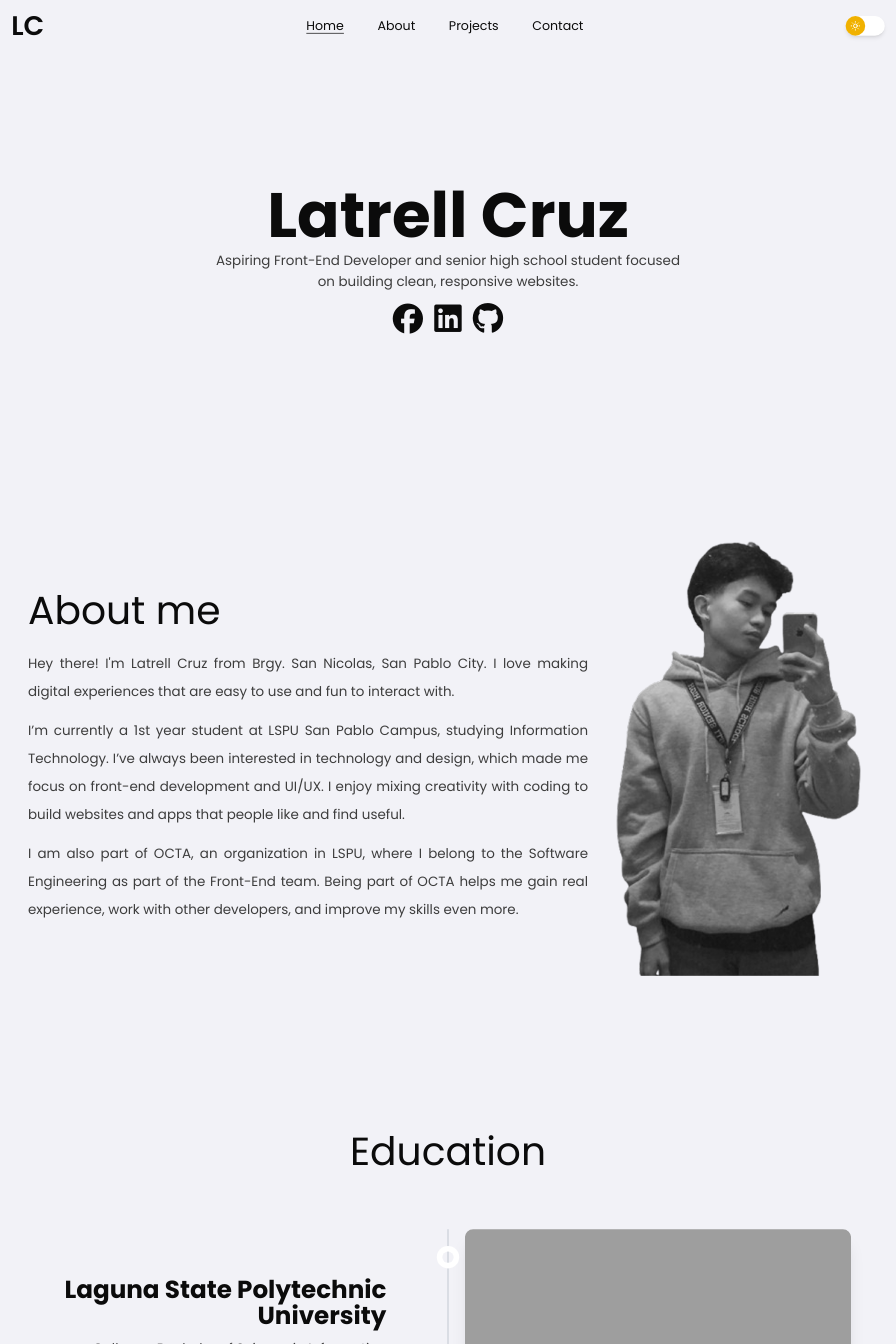
Repository: Latrell26/Portfolio-schoolProject
Page: /
These files come from the project's save history. The page is drawn as it stood at one moment and after a run of saves; the edit follows.
The browser window is 1280 px wide. The pictures show the part of the page from y = 0 to 1920 px (the page is 6276 px tall), at 70% of full size.
Pictures or frames that could not be fetched are drawn as grey boxes. The project was rebuilt for these pictures with package versions that can differ from the ones it lists, and the page was loaded fresh each time. Also part of the build but not shown: svelte.config.js, vite.config.js.

Above is the page before, as saved 2026-01-02 22:10:19.

### index.html
<!doctype html>
<html lang="en">
  <head>
    <meta charset="UTF-8" />
    <link rel="icon" type="image/svg+xml" href="/vite.svg" />
    <meta name="viewport" content="width=device-width, initial-scale=1.0" />
    <title>my-portfolio</title>
    <link rel="preconnect" href="https://fonts.googleapis.com">
<link rel="preconnect" href="https://fonts.gstatic.com" crossorigin>
<link href="https://fonts.googleapis.com/css2?family=Poppins:ital,wght@0,100;0,200;0,300;0,400;0,500;0,600;0,700;0,800;0,900;1,100;1,200;1,300;1,400;1,500;1,600;1,700;1,800;1,900&display=swap" rel="stylesheet">
 <link
    rel="stylesheet"
    href="https://cdnjs.cloudflare.com/ajax/libs/font-awesome/6.5.0/css/all.min.css"
  />
  </head>
  <body>
    <div id="app"></div>
    <script type="module" src="/src/main.js"></script>
  </body>
</html>

### src/app.css
@import "tailwindcss";

@theme {
  --color-dark: var(--dark);
  --color-medyolight: var(--medyolight);
  --color-light: var(--light);
}

:root {
  font-family: poppins;
  line-height: 1.5;
  font-weight: 400;
  color-scheme: light dark;
  color: #0B0B0B;
  background-color: #F2F2F7;
  font-synthesis: none;
  text-rendering: optimizeLegibility;
  -webkit-font-smoothing: antialiased;
  -moz-osx-font-smoothing: grayscale;
  --dark: #0B0B0B;
  --light: #F2F2F7;
  --medyolight: #3D3D3D;
  --light_bg: #F2F2F7;

  --tooltip-bg: var(--dark);
  --tooltip-text: var(--light);
  --tooltip-border: var(--dark);
}

.dark-mode {
  --dark: #0B0B0B;
  --medyolight: #E0E0E0;
  --light: #F2F2F7;
  --light_bg: #0B0B0B;
}

.dark-mode {
  background-color: var(--dark);
  color: var(--light);
  border-top-color: var(--light);
}

html{
  scroll-behavior: smooth;
  transition: color 0.3s ease;

}
h1 {
  font-size: clamp(4rem, 7vw, 8rem);
  font-weight: 700;
  line-height: 1.1;
}
h2 {
  font-size: clamp(2rem, 6vw, 3.5rem);
  line-height: 1.1;
}
h3 {
  font-size: clamp(2rem, 6vw, 2.2rem);
  line-height: 1.1;
}
h4 {
  font-size: clamp(1rem, 6vw, 2rem);
  line-height: 1.1;
}
h5{
  font-size: clamp(2rem, 3vw, 2.5rem);
}
p{
  font-size: clamp(1rem, 6vw, 1.2rem);
  color: var(--medyolight);
}

span{
  color: var(--light);
}

.border-light {
  border-color: transparent;
}
.border-t-light {
  border-top-color: var(--dark);
}

@keyframes slide {
    from {
      transform: translateX(-100%);
    }
    to {
      transform: translateX(0);
    }
  }

### src/App.svelte
<script>
  import svelteLogo from "./assets/svelte.svg";
  import viteLogo from "/vite.svg";
  import NavBar from "./lib/navBar.svelte";
  import Footer from "./lib/footer.svelte";
  import * as img from "./imagedata.js";
  import { projects } from "./lib/arrayObjectsData.js";
  import { education } from "./lib/arrayObjectsData.js";
  import ProjectCard from "./lib/components-cards.svelte";
  import TimelineItem from "./lib/TimeLineItem.svelte";
  const icons = [
    { src: img.csharplogo, name: "C#" },
    { src: img.csslogo, name: "CSS" },
    { src: img.htmllogo, name: "HTML" },
    { src: img.javalogo, name: "Java" },
    { src: img.jslogo, name: "JavaScript" },
    { src: img.pythonlogo, name: "Python" },
    { src: img.sveltelogo, name: "Svelte" },
    { src: img.tailwindlogo, name: "Tailwind CSS" },
    { src: img.figmalogo, name: "Figma" },
    { src: img.supabaselogo, name: "Supabase" },
    { src: img.firebaselogo, name: "Firebase" },
    { src: img.github, name: "GitHub" },
    { src: img.gitlogo, name: "Git" },
  ];
</script>

<main class="max-w-330 mx-auto pt-2 px-4 lg:px-10 duration-300">
  <NavBar />
  <section
    class="h-screen flex flex-col justify-center items-center text-center"
    id="home"
  >
    <div>
      <h1 class="font-bold">Latrell Cruz</h1>
      <p class=" text-lg max-w-2xl">
        Aspiring Front-End Developer and senior high school student focused on
        building clean, responsive websites.
      </p>
    </div>

    <div class="flex flex-row gap-4 mt-4 justify-center items-center">
      <a href="https://www.facebook.com/share/1Da6x7yam2/">
        <i class="fa-brands fa-facebook text-[2.7rem] hover:text-[#1877F2] duration-300"></i>
      </a>
      <a href="https://www.linkedin.com/in/latrell-cruz-a11975387/">
        <i class="fa-brands fa-linkedin text-[2.8rem] hover:text-[#0A66C2] duration-300"></i>
      </a>
      <a href="https://github.com/Latrell26">
        <i class="fa-brands fa-github text-[2.8rem] duration-300"></i>
      </a>
    </div>
  </section>

  <section class="mb-35 pt-10" id="about">
    <div class="flex flex-wrap justify-between items-center">
      <div class="flex flex-col">
        <h2 class="mb-6">About me</h2>
        <div class="max-w-[50rem] leading-10 flex-1 text-justify">
          <p>
            Hey there! I'm Latrell Cruz from Brgy. San Nicolas, San Pablo City.
            I love making digital experiences that are easy to use and fun to
            interact with.
          </p>
          <p class="mt-4">
            I’m currently a 1st year student at LSPU San Pablo Campus, studying
            Information Technology. I’ve always been interested in technology
            and design, which made me focus on front-end development and UI/UX.
            I enjoy mixing creativity with coding to build websites and apps
            that people like and find useful.
          </p>
          <p class="mt-4">
            I am also part of OCTA, an organization in LSPU, where I belong to
            the Software Engineering as part of the Front-End team.
            Being part of OCTA helps me gain real experience, work with other
            developers, and improve my skills even more.
          </p>
        </div>
      </div>
      <img src={img.me} alt="me" class="hidden xl:block w-auto h-auto" />
    </div>
  </section>
  <section id="education" class="py-20 px-6">
  <div class="max-w-6xl mx-auto">
    <h2 class="text-center mb-20">Education</h2>

    <div class="relative">
      <div class="absolute left-1/2 transform -translate-x-1/2 w-0.5 bg-gray-300 dark:bg-gray-700 h-full hidden lg:block"></div>

      <div class="space-y-0">
        {#each education as edu, i}
          <TimelineItem
            school={edu.school}
            level={edu.level}
            year={edu.year}
            imageSrc={edu.imageSrc}
            imageAlt={edu.imageAlt}
            isLeft={i % 2 === 0}
          />
        {/each}
      </div>
    </div>
  </div>
</section>
  <section class="mb-5">
    <h3 class="flex justify-center items-center">Tech I Use</h3>
    <div class="relative overflow-hidden py-4 pt-12">
      <div
        class="pointer-events-none absolute inset-0 z-10
          bg-[linear-gradient(to_right,var(--light_bg)_0%,transparent_20%,transparent_80%,var(--light_bg)_100%)]
          "
      ></div>

      <div class="flex animate-[slide_26s_linear_infinite] gap-8 md:gap-16">
  <div class="flex gap-8 md:gap-16 flex-none">
    {#each icons as icon}
      <div class="relative group">
        <img
          src={icon.src}
          alt={icon.name}
          class="flex-none
                 h-12 w-12 sm:h-16 sm:w-16 md:h-24 md:w-24
                 transition-transform duration-300 ease-out
                 group-hover:scale-110 group-hover:-translate-y-2
                 cursor-pointer"
        />

        <span
          class="tooltip absolute bottom-full left-1/2 -translate-x-1/2 mb-3
                 px-3 sm:px-4 py-1 sm:py-2 text-xs sm:text-sm font-medium
                 rounded-lg opacity-0 group-hover:opacity-100
                 pointer-events-none whitespace-nowrap
                 transition-opacity duration-300 ease-out shadow-lg"
        >
          {icon.name}
          <span
            class="absolute top-full left-1/2 -translate-x-1/2
                   border-4 sm:border-8 border-light border-t-light"
          ></span>
        </span>
      </div>
    {/each}
  </div>

  <div class="flex gap-8 md:gap-16 flex-none">
    {#each icons as icon}
      <div class="relative group">
        <img
          src={icon.src}
          alt={icon.name}
          class="flex-none
                 h-12 w-12 sm:h-16 sm:w-16 md:h-24 md:w-24
                 transition-transform duration-300 ease-out
                 group-hover:scale-110 group-hover:-translate-y-2
                 cursor-pointer"
        />

        <span
          class="tooltip absolute bottom-full left-1/2 -translate-x-1/2 mb-3
                 px-3 sm:px-4 py-1 sm:py-2 text-xs sm:text-sm font-medium
                 rounded-lg opacity-0 group-hover:opacity-100
                 pointer-events-none whitespace-nowrap
                 transition-opacity duration-300 ease-out shadow-lg"
        >
          {icon.name}
          <span
            class="absolute top-full left-1/2 -translate-x-1/2
                   border-4 sm:border-8 border-light border-t-light"
          ></span>
        </span>
      </div>
    {/each}
  </div>
</div>

      </div>
  </section>

  <section class="mb-70 pt-20" id="projects">
    <h2 class="text-center mb-8">What I Build</h2>
    <div class="flex flex-wrap justify-center">
      <div class="grid grid-cols-1 lg:grid-cols-2 gap-16">
        {#each projects as project}
          <ProjectCard
            image={project.image}
            title={project.title}
            text={project.text}
            logo={project.logo || []}
            url={project.url}
          />
        {/each}
      </div>
    </div>
  </section>
  <section id="contact" class="pt-20">
    <Footer />
  </section>
</main>

<style>
  .tooltip {
    background-color: #0b0b0b;
    color: #f2f2f7;
    border-color: #0b0b0b;
  }

  .tooltip span {
    border-top-color: #0b0b0b;
  }

  :global(.dark-mode) .tooltip {
    background-color: #f2f2f7;
    color: #0b0b0b;
    border-color: #f2f2f7;
  }

  :global(.dark-mode) .tooltip span {
    border-top-color: #f2f2f7;
  }
</style>

### src/lib/navBar.svelte
<script>
  import { onMount } from "svelte";

  let isDark = false;
  let currentIcon;
  let menuOpen = false;
  let scrolled = false;
  let activeSection = "home";

  let prevScrollY = 0;
  let navbarVisible = true;
  let forceHide = false;

  const sunIcon = `
    <svg xmlns="http://www.w3.org/2000/svg" viewBox="0 0 24 24"
         fill="none" stroke="currentColor" class="w-4 h-4">
      <path stroke-linecap="round" stroke-linejoin="round" stroke-width="2"
            d="M12 3v1m0 16v1m9-9h-1M4 12H3
               m15.364 6.364l-.707-.707
               M6.343 6.343l-.707-.707
               m12.728 0l-.707.707
               M6.343 17.657l-.707.707
               M16 12a4 4 0 11-8 0 4 4 0 018 0z"/>
    </svg>
  `;

  const moonIcon = `
    <svg xmlns="http://www.w3.org/2000/svg" viewBox="0 0 24 24"
         fill="none" stroke="currentColor" class="w-4 h-4">
      <path stroke-linecap="round" stroke-linejoin="round" stroke-width="2"
            d="M20.354 15.354A9 9 0 018.646 3.646
               9.003 9.003 0 0012 21
               a9.003 9.003 0 008.354-5.646z"/>
    </svg>
  `;

  function applyDarkMode(value) {
    document.documentElement.classList.toggle("dark-mode", value);
    localStorage.setItem("darkMode", value);
    currentIcon = value ? moonIcon : sunIcon;
  }

  function toggleDarkMode() {
    isDark = !isDark;
    applyDarkMode(isDark);
  }

  function hideNavbarAfterClick() {
    forceHide = true;
    navbarVisible = false;
    setTimeout(() => forceHide = false, 1200);
  }

  onMount(() => {
    const saved = localStorage.getItem("darkMode");
    isDark = saved !== null
      ? saved === "true"
      : window.matchMedia("(prefers-color-scheme: dark)").matches;
    applyDarkMode(isDark);

    const handleScroll = () => {
      if (forceHide) return;

      const currentScrollY = window.scrollY;
      scrolled = currentScrollY > 50;

      if (currentScrollY > prevScrollY && currentScrollY > 100) {
        navbarVisible = false;
      } else if (currentScrollY < prevScrollY) {
        navbarVisible = true;
      }

      if (currentScrollY <= 10) navbarVisible = true;
      prevScrollY = currentScrollY;
    };

    window.addEventListener("scroll", handleScroll);

    const sections = document.querySelectorAll("section[id]");
    const observer = new IntersectionObserver(
      entries => {
        entries.forEach(entry => {
          if (entry.isIntersecting) activeSection = entry.target.id;
        });
      },
      { threshold: 0.5 }
    );
    sections.forEach(sec => observer.observe(sec));

    return () => {
      window.removeEventListener("scroll", handleScroll);
      observer.disconnect();
    };
  });
</script>

<nav
  class={`fixed top-0 left-0 right-0 z-50 py-2 transition-all duration-300 ease-out
  bg-transparent ${scrolled ? "bg-white/10 border-b border-white/20 backdrop-blur-xl shadow-md" : "border-b border-transparent"}
  ${navbarVisible ? "translate-y-0" : "-translate-y-full"}`}
>
  <div class="flex justify-between items-center max-w-7xl mx-auto px-4">
    <h5 class="font-semibold">LC</h5>

    <ul class="hidden md:flex gap-12 text-lg">
      {#each ["home","about","projects","contact"] as item}
        <li class="hover:underline underline-offset-4">
          <a href={`#${item}`} on:click={hideNavbarAfterClick}
             class={activeSection === item ? "underline" : ""}>
            {item[0].toUpperCase() + item.slice(1)}
          </a>
        </li>
      {/each}
    </ul>

    <button class="md:hidden text-2xl" on:click={() => menuOpen = true}>☰</button>

    <button
      on:click={toggleDarkMode}
      class="hidden md:flex relative w-14 h-7 rounded-full bg-white shadow-md flex items-center cursor-pointer"
    >
      <div class="w-7 h-7 rounded-full transition-all duration-300 flex items-center justify-center text-white
                  {isDark ? 'bg-dark translate-x-7' : 'bg-yellow-500 translate-x-0'}">
        {@html currentIcon}
      </div>
    </button>
  </div>
</nav>

<div
  class={`fixed top-0 right-0 h-full w-64 bg-black/80 backdrop-blur-xl text-white p-6 z-40
    transition-transform duration-300 ${menuOpen ? "translate-x-0" : "translate-x-full"}`}
>
  <button class="text-3xl mb-6" on:click={() => menuOpen = false}>✕</button>

  <button
    on:click={toggleDarkMode}
    class="relative w-14 h-7 rounded-full bg-white shadow-md flex items-center cursor-pointer mb-6"
  >
    <div class="w-7 h-7 rounded-full transition-all duration-300 flex items-center justify-center text-white
                {isDark ? 'bg-dark translate-x-7' : 'bg-yellow-500 translate-x-0'}">
      {@html currentIcon}
    </div>
  </button>

  <ul class="flex flex-col gap-6 text-xl">
    {#each ["home","about","Education","projects","contact"] as item}
      <li>
        <a href={`#${item}`} on:click={() => { menuOpen = false; hideNavbarAfterClick(); }}
           class={activeSection === item ? "underline" : ""}>
          {item[0].toUpperCase() + item.slice(1)}
        </a>
      </li>
    {/each}
  </ul>
</div>

<style>
  .dark-mode {
    --dark: #0B0B0B;
    --light: #F2F2F7;
    background-color: var(--dark);
    color: var(--light);
  }
</style>

### src/lib/footer.svelte
    <script>
    import * as img from "../imagedata.js";
    </script>

    <footer class="" >
    <div class="max-w-7xl mx-auto">

        <div class="max-w-2xl">

        <h2 class="">Let's work together</h2>

        <form class="mt-10 space-y-8">
            <div>
            <p class="">Name</p>
            <input
                type="text"
                required
                placeholder="Yourname"
                class="w-full px-0 py-2 bg-transparent border-b-2
                    focus:outline-none
                    placeholder-medyolight"
            />
            </div>

            <div>
            <p class="">Email</p>
            <input
                type="email"
                required
                placeholder="your.email@example.com"
                class="w-full px-0 py-2 bg-transparent border-b-2
                    focus:outline-none
                    placeholder-medyolight"
            />
            </div>
            <div>
            <p class="">Message</p>
            <textarea
                required
                rows="3"
                placeholder="Say hello..."
                class="w-full px-0 py-2 bg-transparent border-b-2
                    focus:outline-none
                    resize-none placeholder-medyolight"
            ></textarea>
            </div>

            <button
            type="submit"
            class="px-8 py-4 bg-dark rounded-lg text-light cursor-pointer hover:bg-light border-1  hover:text-dark duration-400 ease-out"
            >
            Send message
            </button>
        </form>

        <div class="flex flex-row items-center gap-4 mt-16">
            <a
            href="https://www.facebook.com/share/1Da6x7yam2/"
            >
            <i class="fa-brands fa-facebook text-[2.2rem] hover:text-[#1877F2] duration-300"></i>

            </a>
            <a
            href="https://www.linkedin.com/in/latrell-cruz-a11975387/"
            >
            <i class="fa-brands fa-linkedin text-[2.3rem] hover:text-[#0A66C2] duration-300"></i>

            </a>
            <a
            href="https://github.com/Latrell26"
            >
            <i class="fa-brands fa-github text-[2.3rem] duration-300"></i>
            </a>
        </div>


        <div class="mt-16 mb-8">
            <h6 class="text-sm text-medyolight">© 2025 Latrell Cruz. All rights reserved.</h6>
        </div>

        </div>
    </div>
    </footer>

### src/imagedata.js
import facebook from "./assets/imgs/facebook.svg";
import github from "./assets/imgs/github.svg";
import linkedin from "./assets/imgs/linkedin.svg";
import me from "./assets/imgs/me.png";
import csharplogo from "./assets/imgs/csharplogo.png";
import csslogo from "./assets/imgs/csslogo.png";
import htmllogo from "./assets/imgs/htmllogo.png";
import javalogo from "./assets/imgs/javalogo.png";
import jslogo from "./assets/imgs/jslogo.png";
import pythonlogo from "./assets/imgs/pythonlogo.png";
import sveltelogo from "./assets/imgs/sveltelogo.png";
import tailwindlogo from "./assets/imgs/tailwindlogo.png";
import figmalogo from "./assets/imgs/figmalogo.png";
import supabaselogo from "./assets/imgs/supabaselogo.png";
import firebaselogo from "./assets/imgs/firebaselogo.png";
import gitlogo from "./assets/imgs/gitlogo.png";
import insideStyle from "./assets/imgs/insideStyle.png";
import raiohDesign from "./assets/imgs/raiohDesign.png";
import antellDesgin from "./assets/imgs/antellDesgin.png";
import antelldesign from "./assets/imgs/antelldesign.svg";
import raiohdesign from "./assets/imgs/raiohdesign.svg";
import insidestyledesign from "./assets/imgs/insidestyledesign.svg";
import facebookdm from "./assets/imgs/facebookdm.svg";
import linkeindm from "./assets/imgs/linkeindm.svg";

export{
    facebook,
    github,
    linkedin,
    me,
    csharplogo,
    csslogo,
    htmllogo,
    javalogo,
    jslogo,
    pythonlogo,
    sveltelogo,
    tailwindlogo,
    figmalogo,
    supabaselogo,
    firebaselogo,
    gitlogo,
    insideStyle,
    raiohDesign,
    antellDesgin,
    antelldesign,
    raiohdesign,
    insidestyledesign,
    linkeindm,
    facebookdm,
}

### src/lib/components-cards.svelte
<script>
    export let image = "";
    export let title = "";
    export let text = "";
    export let logo = [];
    export let url = "#";

    let isDisabled = title === "Soon...";
</script>

<div class="group">
    <a
        href={isDisabled ? "#" : url}
        target="_blank"
        rel="noopener noreferrer"
        class={`block ${isDisabled ? 'pointer-events-none cursor-not-allowed' : ''}`}
    >
        <div class="mb-4 relative rounded-lg overflow-hidden">
            <div>
                <img
                    src={image}
                    alt={title}
                    class={`w-[600px] h-[350px] object-cover transition-transform duration-400 ease-out
                        ${isDisabled ? '' : 'group-hover:scale-104 cursor-pointer'}`}
                />

                <div class={`absolute inset-0
                            ${isDisabled ? 'opacity-0' : 'opacity-0 group-hover:opacity-100'}
                            transition-opacity duration-400 ease-out
                            backdrop-blur-sm
                            bg-white/5
                            flex items-end justify-center pb-8
                            pointer-events-none`}
                >
                    {#if !isDisabled}
                    <div class="bg-white/20 backdrop-blur-lg rounded-xl px-6 py-2 border border-white/30 shadow-xl
                                translate-y-4 group-hover:translate-y-0 transition-transform duration-400 ease-out">
                        <p class=" tracking-wide drop-shadow-lg">
                            <span>View project →</span>

                        </p>
                    </div>
                    {/if}
                </div>
            </div>
        </div>
    </a>

    <div>
        <h3 class="font-semibold mb-2">
            {title}
        </h3>

        <p class="leading-relaxed mb-2 max-w-[37rem] text-justify">
            {text}
        </p>

        <div class="flex gap-2 flex-wrap">
            {#each logo as icon}
                <img
                    src={icon}
                    alt="tech icon"
                    class="w-10 h-10 md:w-12 md:h-12 object-contain"
                />
            {/each}
        </div>
    </div>
</div>

### src/lib/TimeLineItem.svelte
<script>
  export let school = "";
  export let level = "";
  export let year = "";
  export let imageSrc = "https://via.placeholder.com/800x500";
  export let imageAlt = "";
  export let isLeft = true; // bagong prop para i-alternate
</script>

<div class="grid grid-cols-1 lg:grid-cols-2 gap-12 items-center relative mb-24">
    <!-- Text -->
    <div class={`text-left lg:text-right lg:pr-16 ${isLeft ? "order-2 lg:order-1" : "order-2 lg:order-2 text-right lg:text-left lg:pl-16"}`}>
        <h3 class="text-2xl md:text-3xl font-bold">{school}</h3>
        <p class="mt-3 text-lg">{level}</p>
        <p class="mt-2 text-gray-600 dark:text-gray-400">{year}</p>
    </div>

    <!-- Image -->
    <div class={`${isLeft ? "order-1 lg:order-2" : "order-1 lg:order-1"}`}>
        <div class="rounded-xl shadow-xl overflow-hidden">
            <img
                src={imageSrc}
                alt={imageAlt}
                class="w-full h-80 object-cover transition-transform duration-500 hover:scale-105"
            />
        </div>
    </div>

    <!-- Dot in center line -->
    <div class="hidden lg:block absolute left-1/2 transform -translate-x-1/2 w-4 h-4 bg-primary rounded-full ring-8 ring-white dark:ring-gray-900 top-8"></div>
</div>

Loaded but not shown: src/main.js (common file); src/lib/arrayObjectsData.js (60 lines, source omitted)

After the next 3 saves:
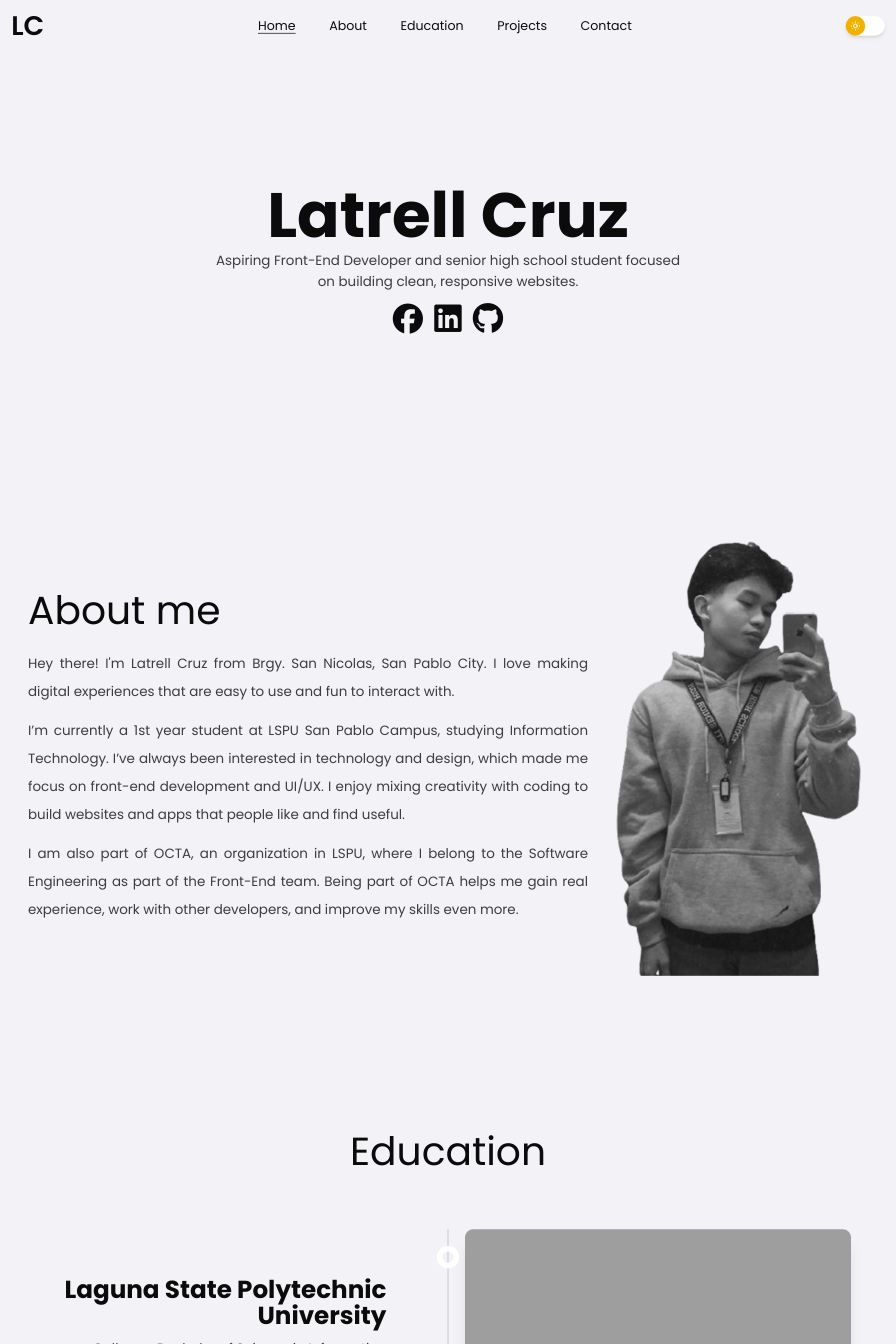
The 3 saves are shown as one change because they came seconds apart.
The last was saved 25 s later.
--- a/src/lib/navBar.svelte
+++ b/src/lib/navBar.svelte
@@ -103,7 +103,7 @@
     <h5 class="font-semibold">LC</h5>
 
     <ul class="hidden md:flex gap-12 text-lg">
-      {#each ["home","about","projects","contact"] as item}
+      {#each ["home","about","Education","projects","contact"] as item}
         <li class="hover:underline underline-offset-4">
           <a href={`#${item}`} on:click={hideNavbarAfterClick}
              class={activeSection === item ? "underline" : ""}>
